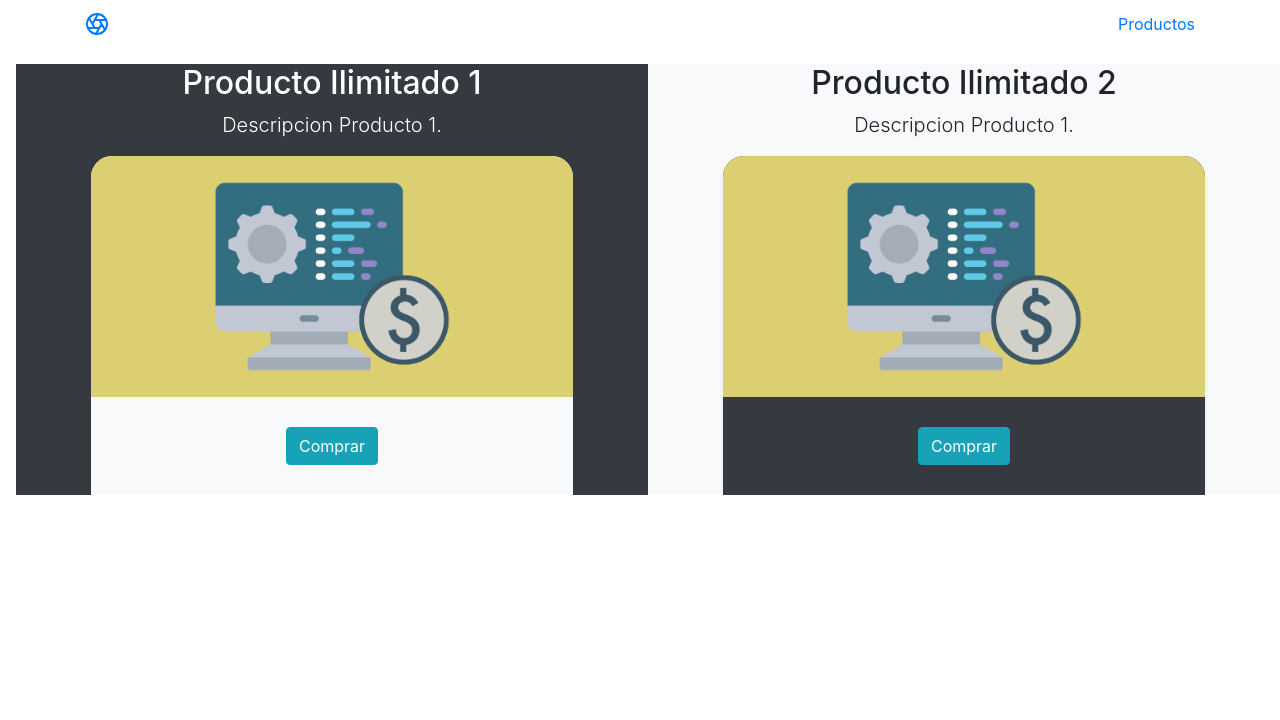
Repository: mapp1990/pasarela
Page: http://localhost/producto
The author's editor kept a copy of each file at every save. The page is drawn from the files as they stood at one save, then again after the next save.
The browser window is 1280 px wide. The pictures show the whole page.
The page is served by the project's Laravel application, run on PHP 8.4 with Laravel 9.

Above is the page before, as saved 2022-05-27 17:52:26.

After the next save:
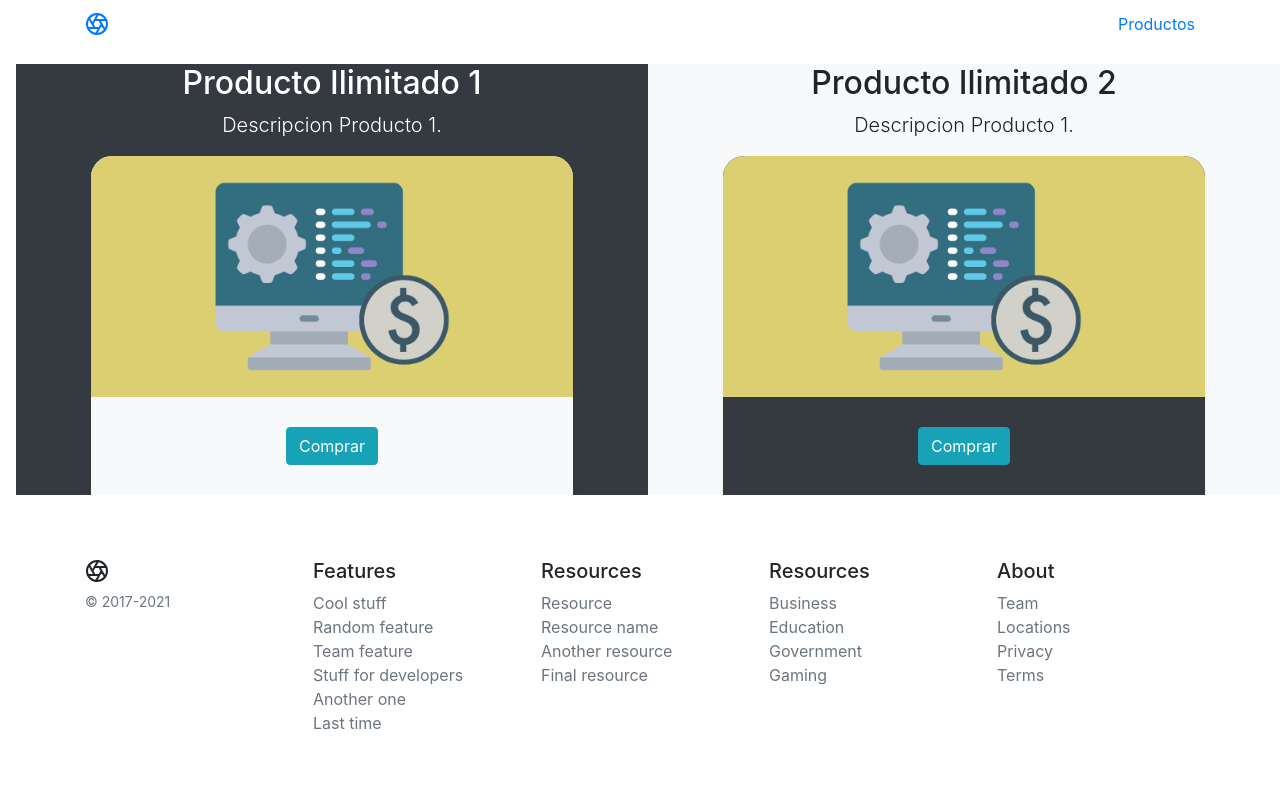
Saved 86 s later.
--- a/resources/views/productos.blade.php
+++ b/resources/views/productos.blade.php
@@ -42,5 +42,58 @@
 
     </div>
 
+    <footer class="container py-5">
+
+        <div class="row">
+          <div class="col-12 col-md">
+            <svg xmlns="http://www.w3.org/2000/svg" width="24" height="24" fill="none" stroke="currentColor" stroke-linecap="round" stroke-linejoin="round" stroke-width="2" class="d-block mb-2" role="img" viewBox="0 0 24 24" focusable="false"><title>Product</title><circle cx="12" cy="12" r="10"></circle><path d="M14.31 8l5.74 9.94M9.69 8h11.48M7.38 12l5.74-9.94M9.69 16L3.95 6.06M14.31 16H2.83m13.79-4l-5.74 9.94"></path></svg>
+            <small class="d-block mb-3 text-muted">© 2017-2021</small>
+          </div>
+
+          <div class="col-6 col-md">
+            <h5>Features</h5>
+            <ul class="list-unstyled text-small">
+              <li><a class="text-muted" href="#">Cool stuff</a></li>
+              <li><a class="text-muted" href="#">Random feature</a></li>
+              <li><a class="text-muted" href="#">Team feature</a></li>
+              <li><a class="text-muted" href="#">Stuff for developers</a></li>
+              <li><a class="text-muted" href="#">Another one</a></li>
+              <li><a class="text-muted" href="#">Last time</a></li>
+            </ul>
+          </div>
+
+          <div class="col-6 col-md">
+            <h5>Resources</h5>
+            <ul class="list-unstyled text-small">
+              <li><a class="text-muted" href="#">Resource</a></li>
+              <li><a class="text-muted" href="#">Resource name</a></li>
+              <li><a class="text-muted" href="#">Another resource</a></li>
+              <li><a class="text-muted" href="#">Final resource</a></li>
+            </ul>
+          </div>
+
+          <div class="col-6 col-md">
+            <h5>Resources</h5>
+            <ul class="list-unstyled text-small">
+              <li><a class="text-muted" href="#">Business</a></li>
+              <li><a class="text-muted" href="#">Education</a></li>
+              <li><a class="text-muted" href="#">Government</a></li>
+              <li><a class="text-muted" href="#">Gaming</a></li>
+            </ul>
+          </div>
+
+          <div class="col-6 col-md">
+            <h5>About</h5>
+            <ul class="list-unstyled text-small">
+              <li><a class="text-muted" href="#">Team</a></li>
+              <li><a class="text-muted" href="#">Locations</a></li>
+              <li><a class="text-muted" href="#">Privacy</a></li>
+              <li><a class="text-muted" href="#">Terms</a></li>
+            </ul>
+          </div>
+
+        </div>
+
+      </footer>
   </body>
 </html>
